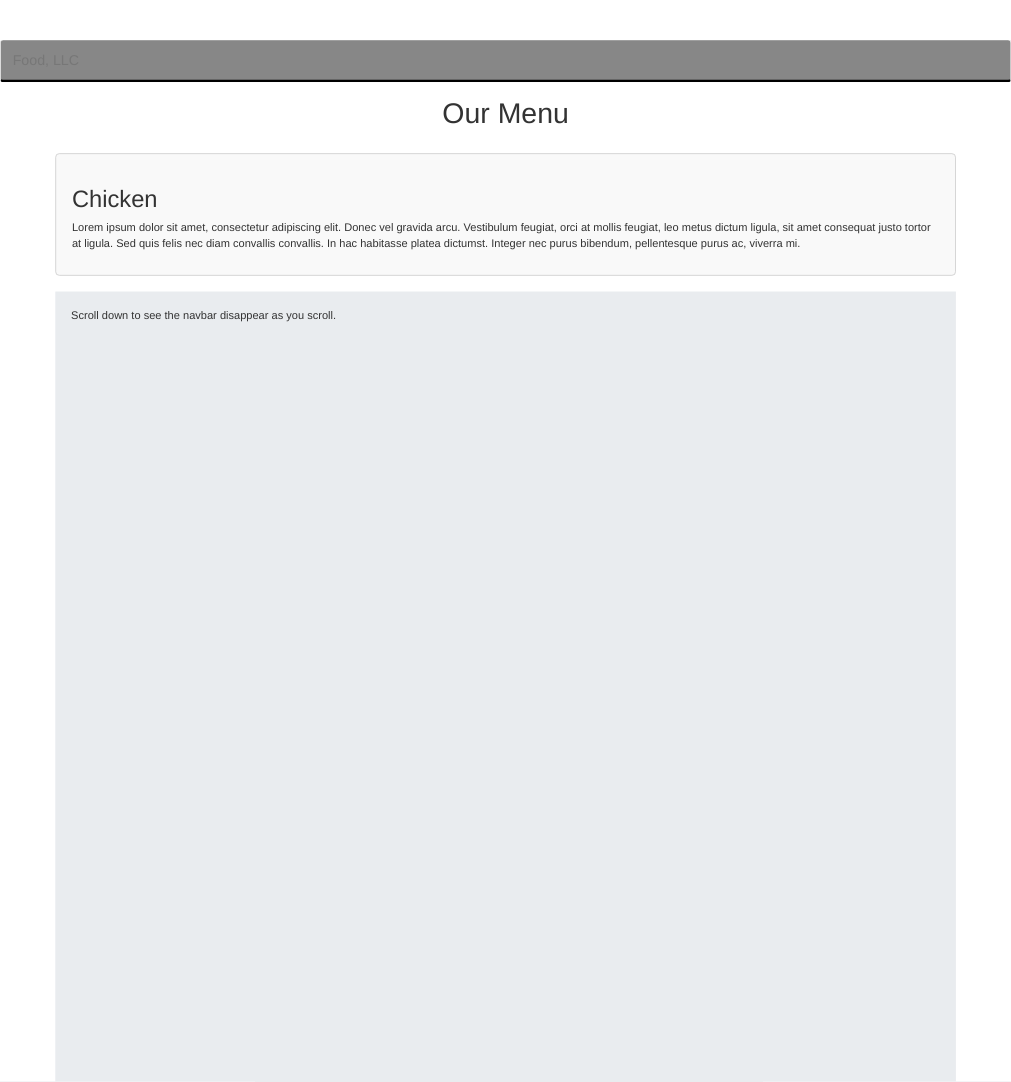
Repository: imen-chabchoub/coursera-test1
Page: mod3-solution/index.html
The author's editor kept a copy of each file at every save. The page is drawn from the files as they stood at one save, then again after the next save.
The browser window is 1280 px wide. The pictures show the whole page, at 79% of full size.

Above is the page before, as saved 2025-02-12 14:59:59.

### mod3-solution/index.html
<!DOCTYPE html>
<html lang="en">
<head>
    <meta charset="UTF-8">
    <meta name="viewport" content="width=device-width, initial-scale=1.0">
    <title>Food, LLC</title>
    <link rel="stylesheet" href="https://maxcdn.bootstrapcdn.com/bootstrap/3.3.7/css/bootstrap.min.css">
    <link rel="stylesheet" href="css/style.css">
</head>
<body>
    <!-- Navbar -->
    <nav class="navbar navbar-default">
        <div class="container-fluid">
            <!-- Brand and toggle get grouped for better mobile display -->
            <div class="navbar-header">
                <button type="button" class="navbar-toggle collapsed visible-xs" data-toggle="collapse" data-target="#navbar-collapse">
                    <span class="sr-only">Toggle navigation</span>
                    <span class="icon-bar"></span>
                    <span class="icon-bar"></span>
                    <span class="icon-bar"></span>
                </button>
                <a class="navbar-brand" href="#">Food, LLC</a>
            </div>

            <!-- Collect the nav links, forms, and other content for toggling -->
            <div class="collapse navbar-collapse" id="navbar-collapse">
                <ul class="nav navbar-nav visible-xs">
                    <li><a href="#">Chicken</a></li>
                    <li><a href="#">Beef</a></li>
                    <li><a href="#">Sushi</a></li>
                </ul>
            </div><!-- /.navbar-collapse -->
        </div><!-- /.container-fluid -->
    </nav>

    <!-- Content -->
    <div class="container">
        <h1 class="text-center">Our Menu</h1>
        <div class="row">
            <div class="col-xs-12">
                <div class="menu-section">
                    <h2>Chicken</h2>
                    <p>Lorem ipsum dolor sit amet, consectetur adipiscing elit. Donec vel gravida arcu. Vestibulum feugiat, orci at mollis feugiat, leo metus dictum ligula, sit amet consequat justo tortor at ligula. Sed quis felis nec diam convallis convallis. In hac habitasse platea dictumst. Integer nec purus bibendum, pellentesque purus ac, viverra mi.</p>
                </div>
            </div>
        </div>
        <div class="row">
            <div class="col-xs-12">
                <div class="tall-section">
                    <p>Scroll down to see the navbar disappear as you scroll.</p>
                </div>
            </div>
        </div>
    </div>

    <script src="https://ajax.googleapis.com/ajax/libs/jquery/1.12.4/jquery.min.js"></script>
    <script src="https://maxcdn.bootstrapcdn.com/bootstrap/3.3.7/js/bootstrap.min.js"></script>
</body>
</html>

### mod3-solution/css/style.css
body {
    padding-top: 50px; /* Ensure the content does not overlap the navbar */
}

.navbar {
    margin-bottom: 0;
    background-color: #878787;
    border-bottom: black solid;
}

.navbar-divider {
    border-top: 2px solid black;
    margin-top: 10px;
    margin-bottom: 10px;
}

.navbar-text {
    text-align: center;
    width: 100%;
    padding-top: 10px;
}

.navbar-nav > li > a {
    color: white;
}

.menu-section {
    border: 1px solid #ccc;
    padding: 20px;
    margin-top: 20px;
    border-radius: 5px;
    background-color: #f9f9f9;
}

.tall-section {
    height: 1000px;
    background-color: #e9ecef;
    margin-top: 20px;
    padding: 20px;
}

After the next save:
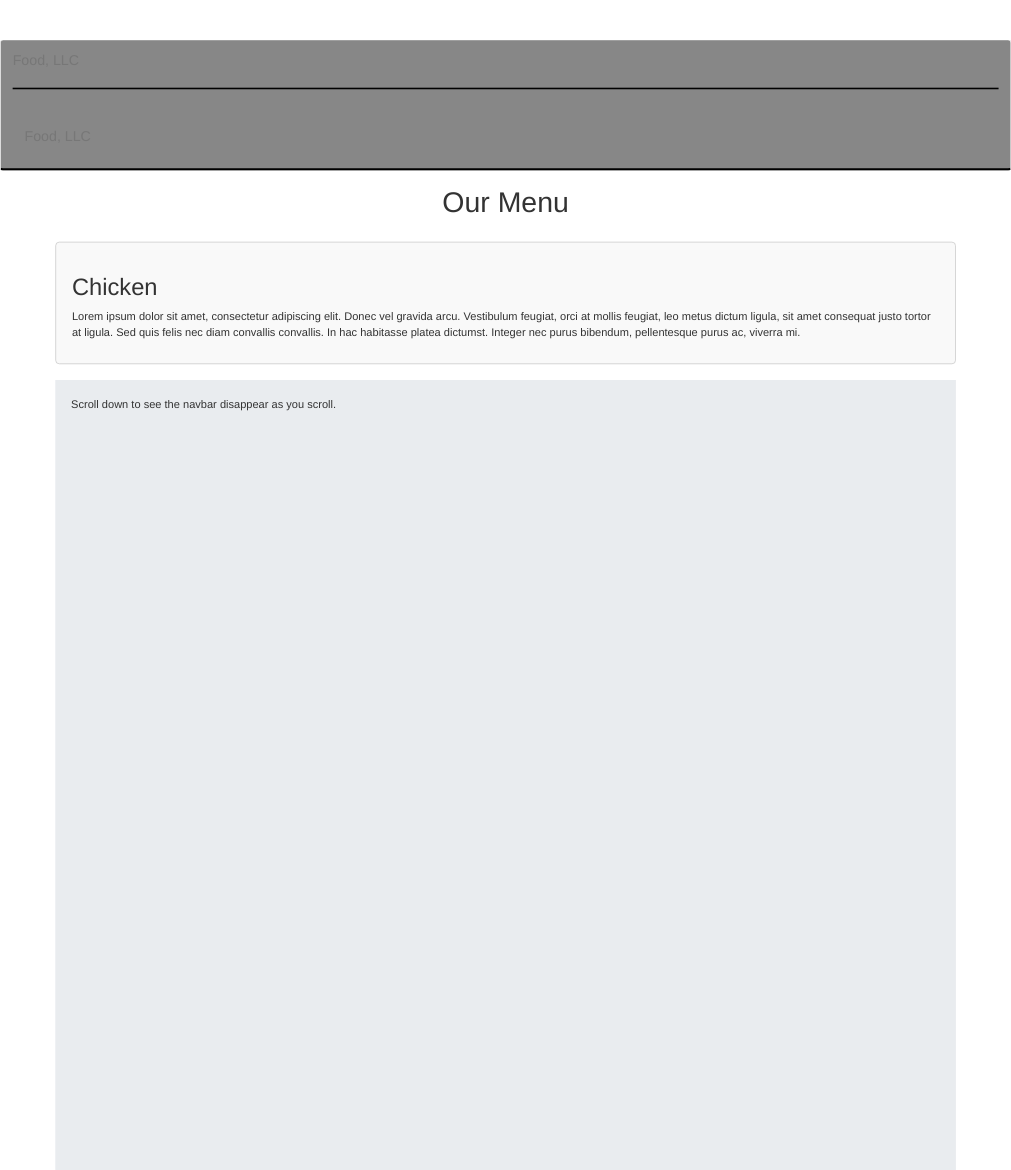
Saved 81 s later.
--- a/mod3-solution/index.html
+++ b/mod3-solution/index.html
@@ -30,6 +30,10 @@
                     <li><a href="#">Sushi</a></li>
                 </ul>
             </div><!-- /.navbar-collapse -->
+            <div class="navbar-divider"></div>
+            <div class="navbar-text text-center">
+                <a class="navbar-brand" href="#">Food, LLC</a>
+            </div>
         </div><!-- /.container-fluid -->
     </nav>
 
